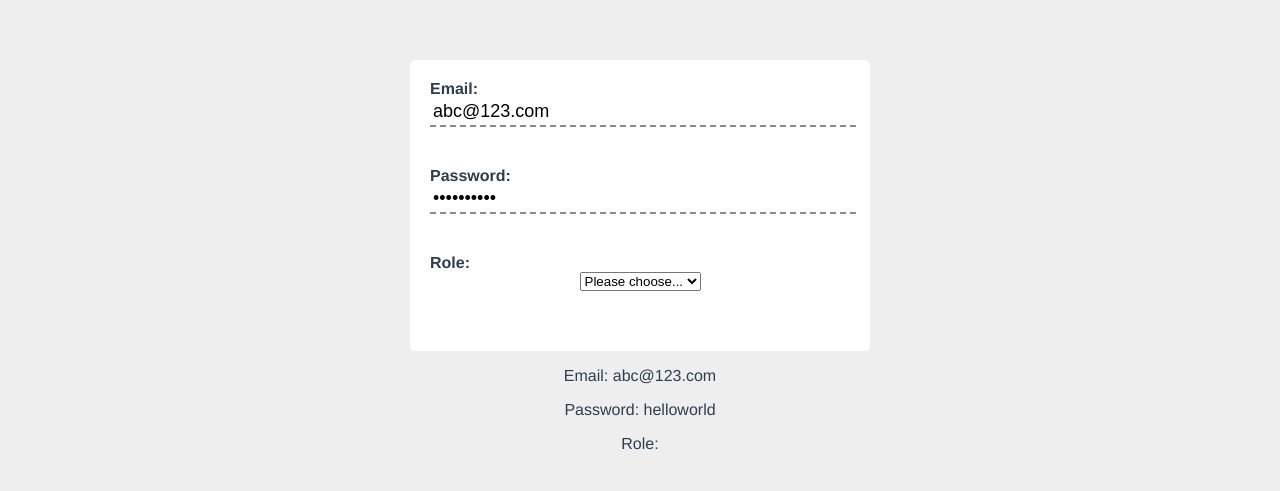
Repository: technogize/vue-forms
Page: /
These files come from the project's save history. The page is drawn as it stood at one moment and after the next save; the edit follows.
The browser window is 1280 px wide. The pictures show the whole page.
The project was rebuilt for these pictures with package versions that can differ from the ones it lists, and the page was loaded fresh each time.

Above is the page before, as saved 2021-02-26 14:25:03.

### src/App.vue
<template>
  <SignupForm />
</template>

<script>
import SignupForm from './components/SignupForm';

export default {
  name: 'App',
  components: {
    SignupForm
  }
}
</script>

<style>
#app {
  font-family: Avenir, Helvetica, Arial, sans-serif;
  -webkit-font-smoothing: antialiased;
  -moz-osx-font-smoothing: grayscale;
  text-align: center;
  color: #2c3e50;
  margin-top: 60px;
}

body {
  margin: 0;
  background: #eee;
}
</style>

### src/components/SignupForm.vue
<template>
  <form>
    <!-- v-model syncs the data in the input with the data properties -->
    <div class="field">
      <label>Email: </label>
      <input type="email" required v-model="email" />
    </div>
    <div class="field">
      <label>Password: </label>
      <input type="password" required v-model="password" />
    </div>
    <div class="field">
      <label>Role: </label>
      <select v-model="role">
        <option value="">Please choose...</option>
        <option value="Designer">Web Designer</option>
        <option value="Developer">Web Developer</option>
      </select>
    </div>
  </form>

  <p>Email: {{email}}</p>
  <p>Password: {{password}}</p>
  <p>Role: {{role}} </p>
</template>

<script>
export default {
  data() {
    return {
      email: 'abc@123.com',
      password: 'helloworld',
      role: ''
    }
  }
}
</script>

<style scoped>
  form {
    max-width: 420px;
    border-radius: 5px;
    background: white;
    padding: 20px;
    margin: 0 auto;
  }

  label {
    font-weight: 700;
    display: block;
    text-align: left;
  }

  input {
    display: block;
    width: 100%;
    font-size: 18px;
    padding: 3px;
    border: none;
    border-bottom: 2px dashed rgb(139, 139, 139);
  }

  input:focus {
    outline: none;
    border-bottom: 2px solid rgb(139, 139, 139);
  }

  .field {
    margin-bottom: 40px;
  }
</style>

Loaded but not shown: public/index.html (common file); src/main.js (common file)

After the next save:
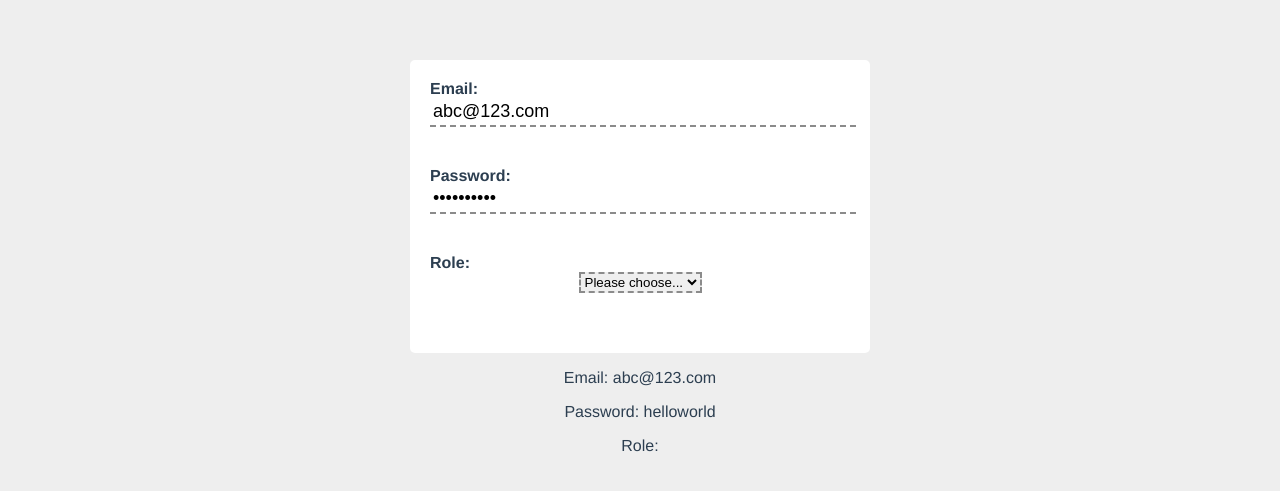
Saved 45 s later.
--- a/src/components/SignupForm.vue
+++ b/src/components/SignupForm.vue
@@ -65,6 +65,10 @@ export default {
     border-bottom: 2px solid rgb(139, 139, 139);
   }
 
+  select {
+    border: 2px dashed rgb(139, 139, 139);
+  }
+
   .field {
     margin-bottom: 40px;
   }
